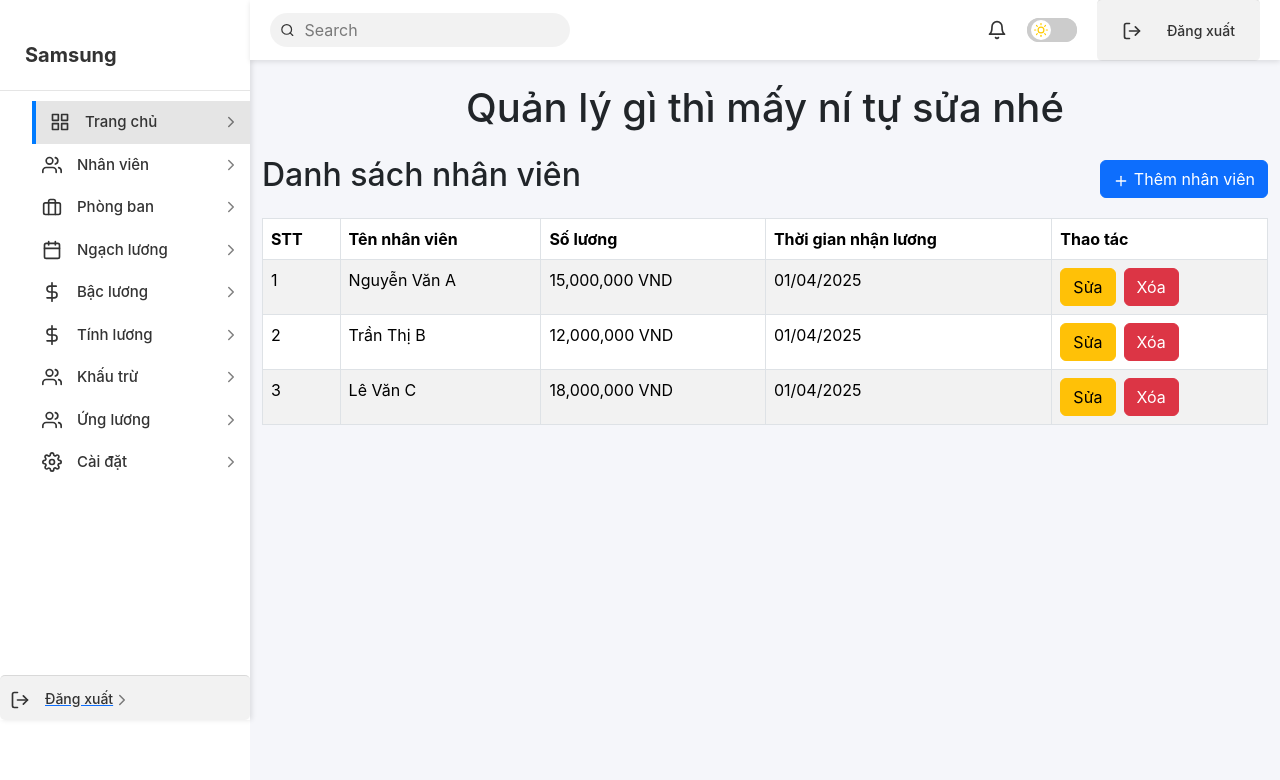
Repository: lenb2109136/HTTTQL
Page: /
These files come from the project's save history. The page is drawn as it stood at one moment and after the next save; the edit follows.
The browser window is 1280 px wide. The pictures show the whole page.
The project was rebuilt for these pictures with package versions that can differ from the ones it lists, and the page was loaded fresh each time.

Above is the page before, as saved 2025-03-28 13:18:22.

### src/index.js
import React from 'react';
import ReactDOM from 'react-dom/client';
import './index.css';
import App from './App';
import reportWebVitals from './reportWebVitals';
import 'bootstrap/dist/css/bootstrap.min.css'; // Import Bootstrap CSS
const root = ReactDOM.createRoot(document.getElementById('root'));
root.render(
  <React.StrictMode>
    <App />
  </React.StrictMode>
);

// If you want to start measuring performance in your app, pass a function
// to log results (for example: reportWebVitals(console.log))
// or send to an analytics endpoint. Learn more: https://bit.ly/CRA-vitals
reportWebVitals();

### src/App.js
// src/App.js
import React from 'react';
import { BrowserRouter as Router, Route, Routes } from 'react-router-dom';
import 'bootstrap/dist/css/bootstrap.min.css';
import './App.css';
import Header from './component/admin/Header-Admin';
import Sidebar from './component/admin/SideBar';
import Dashboard from './component/admin/Dashboard';

function App() {
  return (
    <Router>
      <div className="app">
        <Sidebar />
        <div className="main-content">
          <Header />
          <Routes>
            <Route path="/" element={<Dashboard />} />
          </Routes>
        </div>
      </div>
    </Router>
  );
}

export default App;

### src/App.css
/* src/App.css */
* {
  margin: 0;
  padding: 0;
  box-sizing: border-box;
  font-family: 'Inter', Arial, sans-serif;
}

.app {
  display: flex;
}

.main-content {
  flex: 1;
  margin-left: 250px;
  background-color: #f5f6fa;
  min-height: 100vh;
}

/* Page Content */
.page-content {
  padding: 20px;
}

### src/component/admin/Header-Admin.js
import React, { useState, useEffect } from 'react';
import { FiSearch, FiLogOut, FiBell, FiSun, FiMoon } from 'react-icons/fi';
import './admin-style/Header-Admin.css';

const Header = () => {
  const [darkMode, setDarkMode] = useState(() => {
    return localStorage.getItem('theme') === 'dark';
  });

  const toggleTheme = () => {
    const newTheme = !darkMode;
    setDarkMode(newTheme);
    localStorage.setItem('theme', newTheme ? 'dark' : 'light');
    document.body.classList.toggle('dark-mode', newTheme);
  };

  useEffect(() => {
    if (darkMode) {
      document.body.classList.add('dark-mode');
    } else {
      document.body.classList.remove('dark-mode');
    }
  }, [darkMode]);

  return (
    <div className="header">
      <div className="search-bar">
        <FiSearch className="search-icon" />
        <input type="text" placeholder="Search" />
      </div>

      <div className="header-right">
        <FiBell className="notification-icon" />

        {/* Nút chuyển đổi chế độ sáng/tối với icon */}
        <div className="theme-toggle" onClick={toggleTheme}>
          <div className={`toggle-btn ${darkMode ? 'dark' : 'light'}`}>
            <div className="toggle-circle">
              {darkMode ? (
                <FiMoon className="theme-icon" />
              ) : (
                <FiSun className="theme-icon" />
              )}
            </div>
          </div>
        </div>

        <div className="logout-section">
          <FiLogOut className="logout-icon" />
          <span>Đăng xuất</span>
        </div>
      </div>
    </div>
  );
};

export default Header;

### src/component/admin/Dashboard.js
import React, { useState } from 'react';
import { Table, Button, Container, Row, Col } from 'react-bootstrap';
import { FiPlus } from 'react-icons/fi';

const EmployeesPage = () => {
  const [employees, setEmployees] = useState([
    {
      id: 1,
      name: 'Nguyễn Văn A',
      salary: '15,000,000 VND',
      payDate: '01/04/2025',
    },
    {
      id: 2,
      name: 'Trần Thị B',
      salary: '12,000,000 VND',
      payDate: '01/04/2025',
    },
    {
      id: 3,
      name: 'Lê Văn C',
      salary: '18,000,000 VND',
      payDate: '01/04/2025',
    },
  ]);

  const handleDelete = id => {
    setEmployees(employees.filter(emp => emp.id !== id));
  };

  return (
    <Container>
      <h1 className="text-center my-4">Quản lý gì thì mấy ní tự sửa nhé</h1>
      <Row className="mb-3 d-flex justify-content-between align-items-center">
        <Col>
          <h2>Danh sách nhân viên</h2>
        </Col>
        <Col className="text-end">
          <Button variant="primary">
            <FiPlus /> Thêm nhân viên
          </Button>
        </Col>
      </Row>
      <Table striped bordered hover>
        <thead>
          <tr>
            <th>STT</th>
            <th>Tên nhân viên</th>
            <th>Số lương</th>
            <th>Thời gian nhận lương</th>
            <th>Thao tác</th>
          </tr>
        </thead>
        <tbody>
          {employees.map((emp, index) => (
            <tr key={emp.id}>
              <td>{index + 1}</td>
              <td>{emp.name}</td>
              <td>{emp.salary}</td>
              <td>{emp.payDate}</td>
              <td>
                <Button variant="warning" className="me-2">
                  Sửa
                </Button>
                <Button variant="danger" onClick={() => handleDelete(emp.id)}>
                  Xóa
                </Button>
              </td>
            </tr>
          ))}
        </tbody>
      </Table>
    </Container>
  );
};

export default EmployeesPage;

### src/component/admin/admin-style/Header-Admin.css
/* src/components/Header.css */
.header {
  width: calc(100% - 250px); /* Adjust for sidebar width */
  height: 60px;
  background: #fff; /* White background */
  position: fixed;
  top: 0;
  left: 250px; /* Offset for sidebar */
  display: flex;
  justify-content: space-between;
  align-items: center;
  padding: 0 20px;
  box-shadow: 0 2px 5px rgba(0, 0, 0, 0.1); /* Subtle shadow */
}

/* Thanh tìm kiếm */
.search-bar {
  display: flex;
  align-items: center;
  background-color: rgba(0, 0, 0, 0.05); /* Light gray background */
  border-radius: 20px;
  padding: 5px 10px;
  width: 300px;
}

.search-bar input {
  border: none;
  background: none;
  outline: none;
  margin-left: 10px;
  width: 100%;
  color: #333; /* Black text */
}

.search-bar input::placeholder {
  color: rgba(0, 0, 0, 0.5); /* Gray placeholder */
}

.search-icon {
  color: #333; /* Black icon */
}

/* Phần bên phải */
.header-right {
  display: flex;
  align-items: center;
  gap: 20px; /* Space between notification and logout */
}

.notification-icon {
  font-size: 20px;
  color: #333; /* Black icon */
  cursor: pointer;
}

.notification-icon:hover {
  color: #007bff; /* Blue on hover */
}

.logout-section {
  display: flex;
  align-items: center;
  gap: 10px;
  padding: 10px 15px;
  background-color: rgba(0, 0, 0, 0.05); /* Light gray background */
  border-radius: 5px;
  cursor: pointer;
  transition: background-color 0.3s ease;
}

.logout-section:hover {
  background-color: rgba(0, 0, 0, 0.1); /* Slightly darker on hover */
}

.logout-icon {
  font-size: 18px;
  color: #333; /* Black icon */
}

.logout-section span {
  font-size: 14px;
  font-weight: 500;
  color: #333; /* Black text */
}
.header {
  width: calc(100% - 250px);
  height: 60px;
  background: #fff;
  position: fixed;
  top: 0;
  left: 250px;
  display: flex;
  justify-content: space-between;
  align-items: center;
  padding: 0 20px;
  box-shadow: 0 2px 5px rgba(0, 0, 0, 0.1);
  z-index: 1000; /* Đảm bảo header hiển thị trên tất cả */
}

/* Đảm bảo phần nội dung bên dưới không bị đè lên */
.main-content {
  margin-top: 60px; /* Để khoảng trống phía trên, tránh header đè lên */
}
.sidebar ul li {
  display: flex;
  align-items: center;
  justify-content: space-between; /* Đẩy dấu > ra ngoài cùng */
  padding: 10px;
  transition: background 0.3s;
}

.sidebar ul li a {
  display: flex;
  align-items: center;
  width: 100%;
}

.sidebar ul li .menu-icon {
  margin-right: 10px; /* Tạo khoảng cách giữa icon và chữ */
}

.sidebar ul li .chevron-icon {
  margin-left: auto; /* Đẩy dấu > sang phải xa chữ */
  font-size: 18px;
  color: rgba(0, 0, 0, 0.5);
}

.sidebar ul li:hover .chevron-icon {
  color: #007bff; /* Màu xanh khi hover */
}

.sidebar .logout-section {
  display: flex;
  justify-content: space-between;
  align-items: center;
  padding: 10px;
}

.sidebar .logout-section .chevron-icon {
  margin-left: auto;
  font-size: 18px;
  color: rgba(0, 0, 0, 0.5);
}
/* Nút chuyển chế độ sáng/tối */
.theme-toggle {
  width: 50px;
  height: 24px;
  background: #ccc;
  border-radius: 50px;
  position: relative;
  cursor: pointer;
  transition: background 0.3s ease;
}

.theme-toggle .toggle-btn {
  width: 100%;
  height: 100%;
  border-radius: 50px;
  display: flex;
  align-items: center;
  padding: 2px;
  transition: background 0.3s ease;
}

.toggle-btn .toggle-circle {
  width: 20px;
  height: 20px;
  background: white;
  border-radius: 50%;
  position: absolute;
  transition: transform 0.3s ease;
}

/* Khi ở chế độ tối */
.toggle-btn.dark {
  background: #333;
}

.toggle-btn.dark .toggle-circle {
  transform: translateX(26px);
}

/* Khi ở chế độ sáng */
.toggle-btn.light {
  background: #ccc;
}

.toggle-btn.light .toggle-circle {
  transform: translateX(2px);
}

/* Dark Mode Styles */
body.dark-mode {
  background-color: #181818;
  color: white;
}

body.dark-mode .header {
  background: #222;
}

body.dark-mode .search-bar {
  background: rgba(255, 255, 255, 0.1);
}

body.dark-mode .logout-section {
  background: rgba(255, 255, 255, 0.1);
}

body.dark-mode .notification-icon,
body.dark-mode .logout-icon {
  color: white;
}
.theme-toggle {
  width: 50px;
  height: 24px;
  background: #ccc;
  border-radius: 50px;
  position: relative;
  cursor: pointer;
  transition: background 0.3s ease;
}

.toggle-btn {
  width: 100%;
  height: 100%;
  border-radius: 50px;
  display: flex;
  align-items: center;
  padding: 2px;
  transition: background 0.3s ease;
  position: relative;
}

.toggle-circle {
  width: 20px;
  height: 20px;
  background: white;
  border-radius: 50%;
  position: absolute;
  transition: transform 0.3s ease;
  display: flex;
  align-items: center;
  justify-content: center;
}

.theme-icon {
  font-size: 14px;
  color: #333;
}

/* Khi ở chế độ tối */
.toggle-btn.dark {
  background: #333;
}

.toggle-btn.dark .toggle-circle {
  transform: translateX(26px);
}

.toggle-btn.dark .theme-icon {
  color: yellow;
}

/* Khi ở chế độ sáng */
.toggle-btn.light {
  background: #ccc;
}

.toggle-btn.light .toggle-circle {
  transform: translateX(2px);
}

.toggle-btn.light .theme-icon {
  color: #ffcc00;
}

### src/component/admin/admin-style/SideBar-Admin.css
/* src/components/Sidebar.css */
.sidebar {
  width: 250px;
  height: 100vh;
  background: #fff; /* White background */
  color: #333; /* Dark text color */
  position: fixed;
  top: 0;
  left: 0;
  padding-top: 20px;
  display: flex;
  flex-direction: column;
  justify-content: space-between;
  box-shadow: 2px 0 5px rgba(0, 0, 0, 0.1); /* Subtle shadow for depth */
}

.sidebar .logo {
  display: flex;
  align-items: center;
  gap: 10px;
  padding: 20px 25px;
  border-bottom: 1px solid rgba(0, 0, 0, 0.1); /* Light border */
}

.sidebar .logo-icon {
  width: 40px;
  height: 40px;
  object-fit: contain; /* Ensure the logo scales properly */
}

.sidebar .logo span {
  font-size: 20px;
  font-weight: 700;
  color: #333;
}

.sidebar ul {
  list-style: none;
  margin-top: 10px;
  flex-grow: 1;
}

.sidebar ul li {
  padding: 12px 8px;
  display: flex;
  align-items: center;
  cursor: pointer;
  transition: background-color 0.3s ease, padding-left 0.3s ease;
  position: relative; /* For badge positioning */
}

.sidebar ul li:hover {
  background-color: rgba(0, 0, 0, 0.05); /* Light gray hover effect */
  padding-left: 15px;
}

.sidebar ul li.active {
  background-color: rgba(0, 0, 0, 0.1); /* Slightly darker for active state */
  border-left: 4px solid #007bff; /* Blue accent for active item */
  padding-left: 14px;
}

.sidebar ul li a {
  color: #333; /* Black text */
  text-decoration: none;
  display: flex;
  align-items: center;
  font-size: 15px;
  font-weight: 500;
  width: 100%; /* Ensure the link takes full width */
}

.sidebar ul li a .menu-icon {
  font-size: 20px; /* Slightly larger icons */
  color: #333; /* Black icons */
  margin-right: 15px; /* Increased spacing between icon and text */
  transition: color 0.3s ease; /* Smooth color transition on hover */
}

.sidebar ul li a:hover .menu-icon {
  color: #007bff; /* Blue on hover */
}

/* Notification Badge */
.sidebar ul li .badge {
  position: absolute;
  right: 25px;
  background-color: #ff4d4f; /* Red badge */
  color: #fff;
  font-size: 12px;
  font-weight: 600;
  width: 20px;
  height: 20px;
  border-radius: 50%;
  display: flex;
  align-items: center;
  justify-content: center;
}

/* Logout Section */
.logout-section {
  padding: 20px 25px;
  display: flex;
  align-items: center;
  gap: 10px;
  background-color: rgba(0, 0, 0, 0.05); /* Light gray background */
  border-top: 1px solid rgba(0, 0, 0, 0.1);
  cursor: pointer;
  transition: background-color 0.3s ease;
}

.logout-section:hover {
  background-color: rgba(0, 0, 0, 0.1);
}

.logout-icon {
  font-size: 20px; /* Match menu icon size */
  color: #333; /* Black icon */
  margin-right: 15px; /* Increased spacing between icon and text */
  transition: color 0.3s ease; /* Smooth color transition on hover */
}

.logout-section:hover .logout-icon {
  color: #007bff; /* Blue on hover */
}

.logout-section span {
  font-size: 14px;
  font-weight: 500;
  color: #333;
}
.sidebar ul li {
  display: flex;
  align-items: center;
  justify-content: space-between; /* Đẩy dấu > ra ngoài cùng */
  padding: 10px;
  transition: background 0.3s;
}

.sidebar ul li .chevron-icon {
  font-size: 18px;
  color: rgba(0, 0, 0, 0.5);
}

.sidebar ul li:hover .chevron-icon {
  color: #007bff; /* Màu xanh khi hover */
}

.sidebar .logout-section {
  display: flex;
  justify-content: space-between;
  align-items: center;
  padding: 10px;
}

.sidebar .logout-section .chevron-icon {
  font-size: 18px;
  color: rgba(0, 0, 0, 0.5);
}

Loaded but not shown: public/index.html (common file); src/index.css (common file); src/reportWebVitals.js (common file); src/component/admin/SideBar.js (103 lines, source omitted)

After the next save:
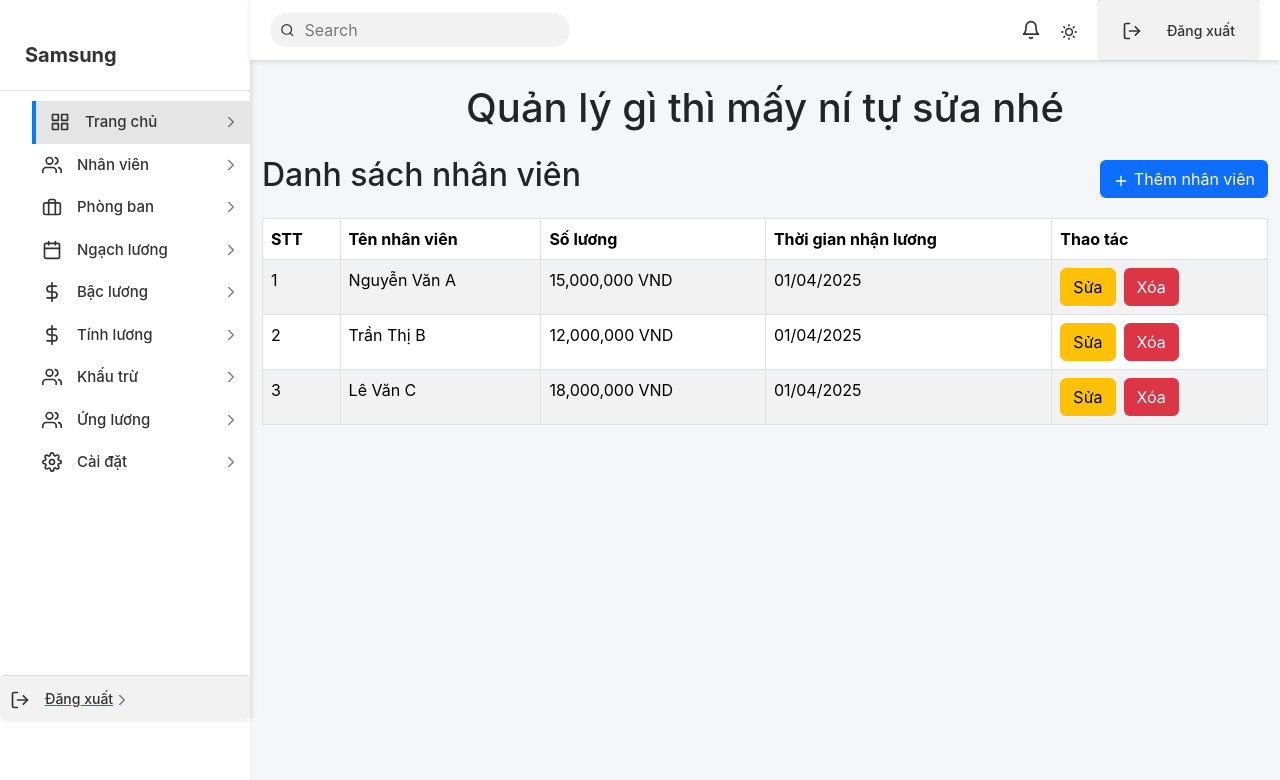
Saved 56 s later.
--- a/src/component/admin/admin-style/Header-Admin.css
+++ b/src/component/admin/admin-style/Header-Admin.css
@@ -1,4 +1,3 @@
-/* src/components/Header.css */
 .header {
   width: calc(100% - 250px); /* Adjust for sidebar width */
   height: 60px;
@@ -11,6 +10,7 @@
   align-items: center;
   padding: 0 20px;
   box-shadow: 0 2px 5px rgba(0, 0, 0, 0.1); /* Subtle shadow */
+  z-index: 1000; /* Ensure header is always on top */
 }
 
 /* Thanh tìm kiếm */
@@ -82,25 +82,12 @@
   font-weight: 500;
   color: #333; /* Black text */
 }
-.header {
-  width: calc(100% - 250px);
-  height: 60px;
-  background: #fff;
-  position: fixed;
-  top: 0;
-  left: 250px;
-  display: flex;
-  justify-content: space-between;
-  align-items: center;
-  padding: 0 20px;
-  box-shadow: 0 2px 5px rgba(0, 0, 0, 0.1);
-  z-index: 1000; /* Đảm bảo header hiển thị trên tất cả */
-}
 
 /* Đảm bảo phần nội dung bên dưới không bị đè lên */
 .main-content {
   margin-top: 60px; /* Để khoảng trống phía trên, tránh header đè lên */
 }
+
 .sidebar ul li {
   display: flex;
   align-items: center;
@@ -141,136 +128,3 @@
   font-size: 18px;
   color: rgba(0, 0, 0, 0.5);
 }
-/* Nút chuyển chế độ sáng/tối */
-.theme-toggle {
-  width: 50px;
-  height: 24px;
-  background: #ccc;
-  border-radius: 50px;
-  position: relative;
-  cursor: pointer;
-  transition: background 0.3s ease;
-}
-
-.theme-toggle .toggle-btn {
-  width: 100%;
-  height: 100%;
-  border-radius: 50px;
-  display: flex;
-  align-items: center;
-  padding: 2px;
-  transition: background 0.3s ease;
-}
-
-.toggle-btn .toggle-circle {
-  width: 20px;
-  height: 20px;
-  background: white;
-  border-radius: 50%;
-  position: absolute;
-  transition: transform 0.3s ease;
-}
-
-/* Khi ở chế độ tối */
-.toggle-btn.dark {
-  background: #333;
-}
-
-.toggle-btn.dark .toggle-circle {
-  transform: translateX(26px);
-}
-
-/* Khi ở chế độ sáng */
-.toggle-btn.light {
-  background: #ccc;
-}
-
-.toggle-btn.light .toggle-circle {
-  transform: translateX(2px);
-}
-
-/* Dark Mode Styles */
-body.dark-mode {
-  background-color: #181818;
-  color: white;
-}
-
-body.dark-mode .header {
-  background: #222;
-}
-
-body.dark-mode .search-bar {
-  background: rgba(255, 255, 255, 0.1);
-}
-
-body.dark-mode .logout-section {
-  background: rgba(255, 255, 255, 0.1);
-}
-
-body.dark-mode .notification-icon,
-body.dark-mode .logout-icon {
-  color: white;
-}
-.theme-toggle {
-  width: 50px;
-  height: 24px;
-  background: #ccc;
-  border-radius: 50px;
-  position: relative;
-  cursor: pointer;
-  transition: background 0.3s ease;
-}
-
-.toggle-btn {
-  width: 100%;
-  height: 100%;
-  border-radius: 50px;
-  display: flex;
-  align-items: center;
-  padding: 2px;
-  transition: background 0.3s ease;
-  position: relative;
-}
-
-.toggle-circle {
-  width: 20px;
-  height: 20px;
-  background: white;
-  border-radius: 50%;
-  position: absolute;
-  transition: transform 0.3s ease;
-  display: flex;
-  align-items: center;
-  justify-content: center;
-}
-
-.theme-icon {
-  font-size: 14px;
-  color: #333;
-}
-
-/* Khi ở chế độ tối */
-.toggle-btn.dark {
-  background: #333;
-}
-
-.toggle-btn.dark .toggle-circle {
-  transform: translateX(26px);
-}
-
-.toggle-btn.dark .theme-icon {
-  color: yellow;
-}
-
-/* Khi ở chế độ sáng */
-.toggle-btn.light {
-  background: #ccc;
-}
-
-.toggle-btn.light .toggle-circle {
-  transform: translateX(2px);
-}
-
-.toggle-btn.light .theme-icon {
-  color: #ffcc00;
-}

After the save that followed:
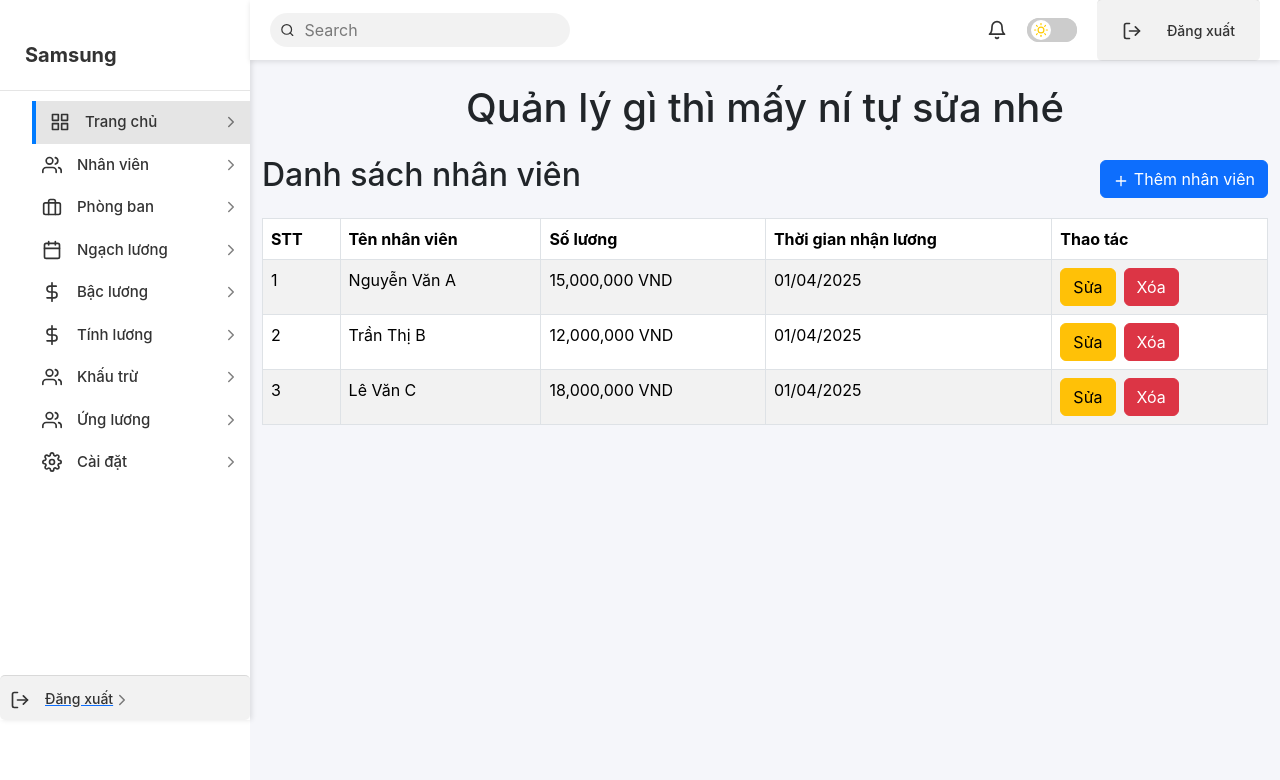
Saved 13 s later.
--- a/src/component/admin/admin-style/Header-Admin.css
+++ b/src/component/admin/admin-style/Header-Admin.css
@@ -1,3 +1,4 @@
+/* src/components/Header.css */
 .header {
   width: calc(100% - 250px); /* Adjust for sidebar width */
   height: 60px;
@@ -10,7 +11,6 @@
   align-items: center;
   padding: 0 20px;
   box-shadow: 0 2px 5px rgba(0, 0, 0, 0.1); /* Subtle shadow */
-  z-index: 1000; /* Ensure header is always on top */
 }
 
 /* Thanh tìm kiếm */
@@ -82,12 +82,25 @@
   font-weight: 500;
   color: #333; /* Black text */
 }
+.header {
+  width: calc(100% - 250px);
+  height: 60px;
+  background: #fff;
+  position: fixed;
+  top: 0;
+  left: 250px;
+  display: flex;
+  justify-content: space-between;
+  align-items: center;
+  padding: 0 20px;
+  box-shadow: 0 2px 5px rgba(0, 0, 0, 0.1);
+  z-index: 1000; /* Đảm bảo header hiển thị trên tất cả */
+}
 
 /* Đảm bảo phần nội dung bên dưới không bị đè lên */
 .main-content {
   margin-top: 60px; /* Để khoảng trống phía trên, tránh header đè lên */
 }
-
 .sidebar ul li {
   display: flex;
   align-items: center;
@@ -128,3 +141,136 @@
   font-size: 18px;
   color: rgba(0, 0, 0, 0.5);
 }
+/* Nút chuyển chế độ sáng/tối */
+.theme-toggle {
+  width: 50px;
+  height: 24px;
+  background: #ccc;
+  border-radius: 50px;
+  position: relative;
+  cursor: pointer;
+  transition: background 0.3s ease;
+}
+
+.theme-toggle .toggle-btn {
+  width: 100%;
+  height: 100%;
+  border-radius: 50px;
+  display: flex;
+  align-items: center;
+  padding: 2px;
+  transition: background 0.3s ease;
+}
+
+.toggle-btn .toggle-circle {
+  width: 20px;
+  height: 20px;
+  background: white;
+  border-radius: 50%;
+  position: absolute;
+  transition: transform 0.3s ease;
+}
+
+/* Khi ở chế độ tối */
+.toggle-btn.dark {
+  background: #333;
+}
+
+.toggle-btn.dark .toggle-circle {
+  transform: translateX(26px);
+}
+
+/* Khi ở chế độ sáng */
+.toggle-btn.light {
+  background: #ccc;
+}
+
+.toggle-btn.light .toggle-circle {
+  transform: translateX(2px);
+}
+
+/* Dark Mode Styles */
+body.dark-mode {
+  background-color: #181818;
+  color: white;
+}
+
+body.dark-mode .header {
+  background: #222;
+}
+
+body.dark-mode .search-bar {
+  background: rgba(255, 255, 255, 0.1);
+}
+
+body.dark-mode .logout-section {
+  background: rgba(255, 255, 255, 0.1);
+}
+
+body.dark-mode .notification-icon,
+body.dark-mode .logout-icon {
+  color: white;
+}
+.theme-toggle {
+  width: 50px;
+  height: 24px;
+  background: #ccc;
+  border-radius: 50px;
+  position: relative;
+  cursor: pointer;
+  transition: background 0.3s ease;
+}
+
+.toggle-btn {
+  width: 100%;
+  height: 100%;
+  border-radius: 50px;
+  display: flex;
+  align-items: center;
+  padding: 2px;
+  transition: background 0.3s ease;
+  position: relative;
+}
+
+.toggle-circle {
+  width: 20px;
+  height: 20px;
+  background: white;
+  border-radius: 50%;
+  position: absolute;
+  transition: transform 0.3s ease;
+  display: flex;
+  align-items: center;
+  justify-content: center;
+}
+
+.theme-icon {
+  font-size: 14px;
+  color: #333;
+}
+
+/* Khi ở chế độ tối */
+.toggle-btn.dark {
+  background: #333;
+}
+
+.toggle-btn.dark .toggle-circle {
+  transform: translateX(26px);
+}
+
+.toggle-btn.dark .theme-icon {
+  color: yellow;
+}
+
+/* Khi ở chế độ sáng */
+.toggle-btn.light {
+  background: #ccc;
+}
+
+.toggle-btn.light .toggle-circle {
+  transform: translateX(2px);
+}
+
+.toggle-btn.light .theme-icon {
+  color: #ffcc00;
+}
